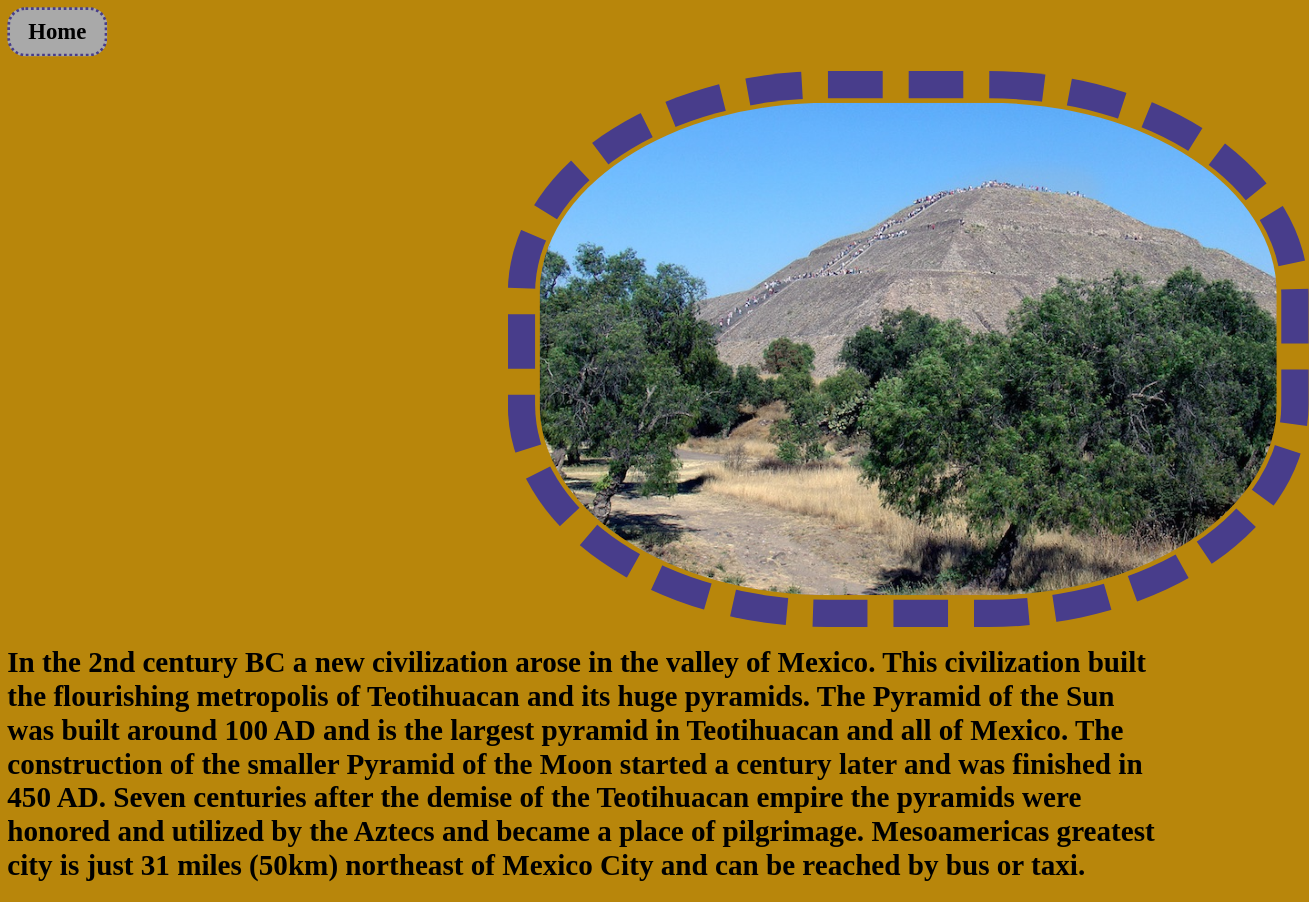
Repository: DamianKryzia/DamianKryzia.github.io
Page: Damian's Website/teotihuacan.html
The author's editor kept a record of every edit. The page is drawn from the files as they stood at one moment, then again after the next edit.
The browser window is 1280 px wide. The page is 1438 px wide, then 1388 px, so the pictures cover 1438 px, including what lies to the right of the window. The pictures show the whole page, at 91% of full size.

Above is the page before.

### Damian's Website/teotihuacan.html
<html>
    <head>
        <form action = "homepage.html" method = "get">
            <button type = "submit" class = "home"> Home </button>
        </form>
    </head>
    <body>
        <img src = 'images/teotihuacan.jpg'/>
        <h1>In the 2nd century BC a new civilization arose in the valley of Mexico. This civilization built the flourishing metropolis of Teotihuacan and its huge pyramids. The Pyramid of the Sun was built around 100 AD and is the largest pyramid in Teotihuacan and all of Mexico. The construction of the smaller Pyramid of the Moon started a century later and was finished in 450 AD. Seven centuries after the demise of the Teotihuacan empire the pyramids were honored and utilized by the Aztecs and became a place of pilgrimage. Mesoamericas greatest city is just 31 miles (50km) northeast of Mexico City and can be reached by bus or taxi.</h1>
    </body>
    <style>
        html{
            background-color:#B8860B;
        }
        .home{
            margin-left:0px;
            padding:10px 20px 10px 20px;
            font-family:"Times New Roman";
            font-weight:bold;
            font-size:25px;
            background-color:#A9A9A9;
            border-radius:20px;
            border:dotted;
            border-color:#483D8B;
        }
        img{
            padding:5px 5px 5px 5px;
            border-radius: 40%;
            margin-left:550px;
            border-style:dashed;
            border-width:30px;
            border-color:#483D8B;
        }
    </style>
</html>

After the next edit:
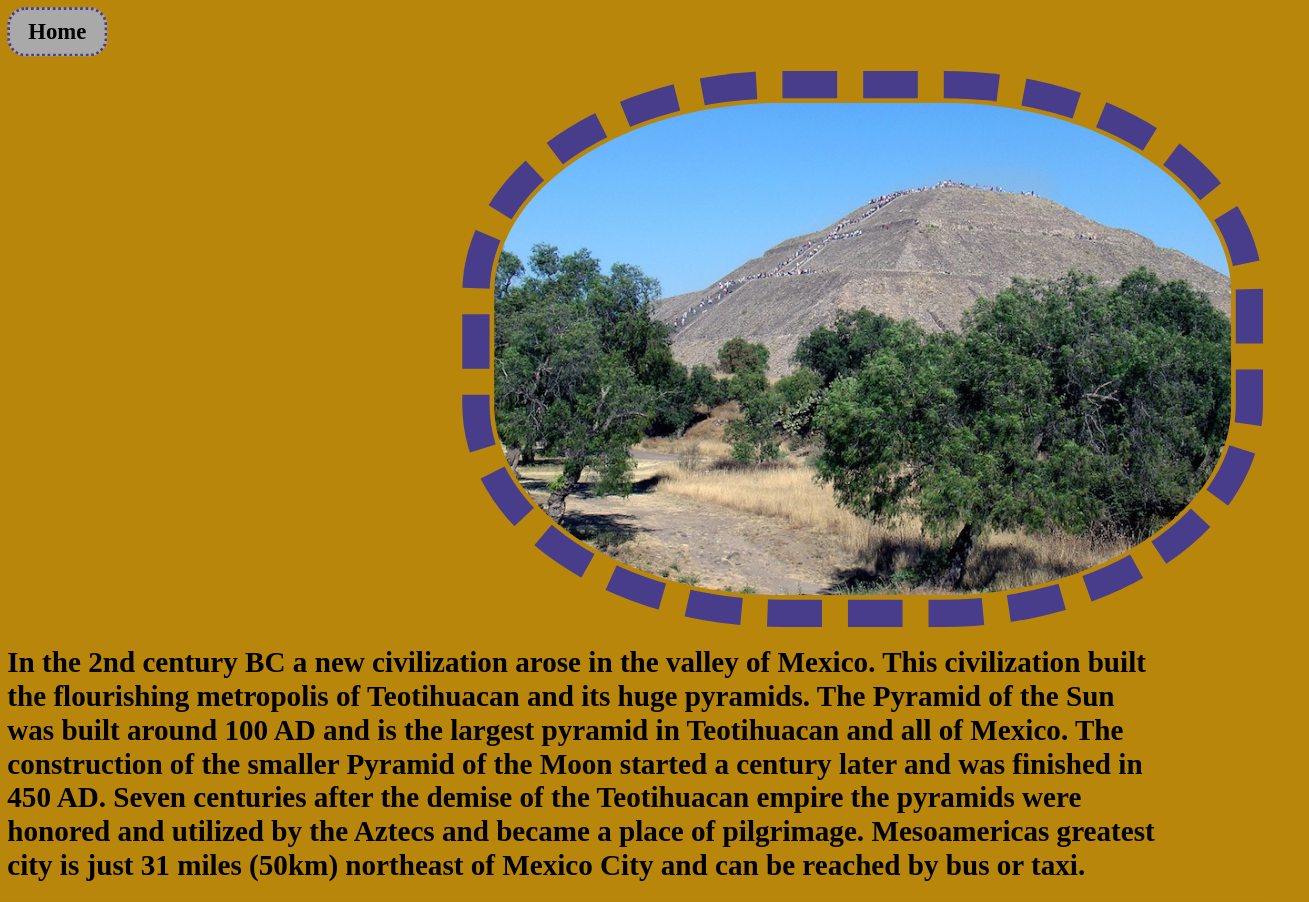
The edit:
--- a/Damian's Website/teotihuacan.html
+++ b/Damian's Website/teotihuacan.html
@@ -26,7 +26,7 @@
         img{
             padding:5px 5px 5px 5px;
             border-radius: 40%;
-            margin-left:550px;
+            margin-left:500px;
             border-style:dashed;
             border-width:30px;
             border-color:#483D8B;
